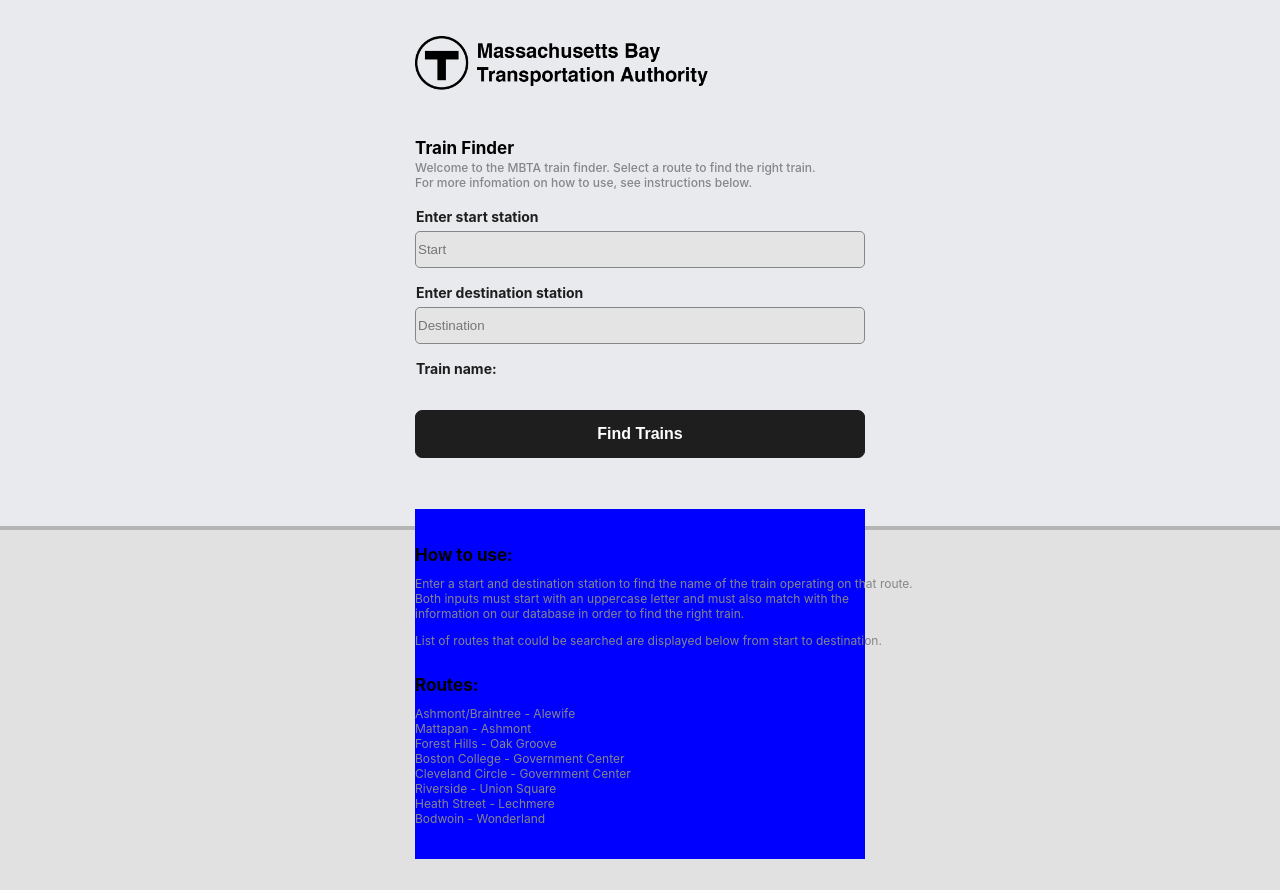
Repository: jumadesigns/mbta-train-finder
Page: / (app in mbta-app/)
An editor plug-in stored every save of this project. The page is shown before and after a run of saves, followed by the edit.
The browser window is 1280 px wide. The pictures show the whole page.
The page's requests for data from a server got no answer. The project was rebuilt for these pictures with package versions that can differ from the ones it lists, and the page was loaded fresh each time. No one was signed in, and anything a server would have sent is missing.

Above is the page before, as saved 2022-09-26 17:25:28.

After the next 2 saves:
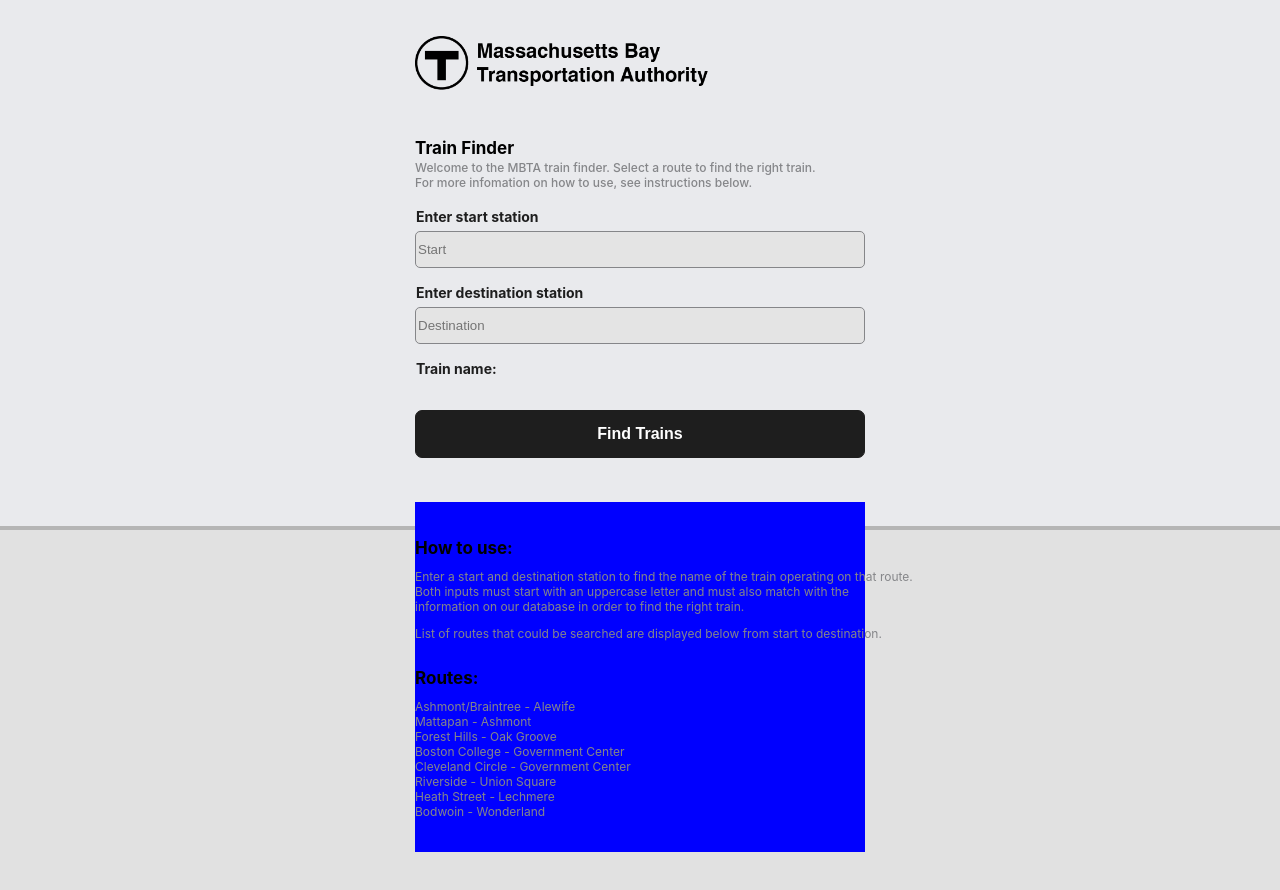
The 2 saves are shown as one change because they came seconds apart.
The last was saved 4 h 22 min later.
--- a/mbta-app/src/index.css
+++ b/mbta-app/src/index.css
@@ -129,7 +129,7 @@
 .bottom-center-div {
   height: 350px;
   width: 450px;
-  margin-top: -7vh;
+  margin-top: -9vh;
   background-color: blue;
 }
 
